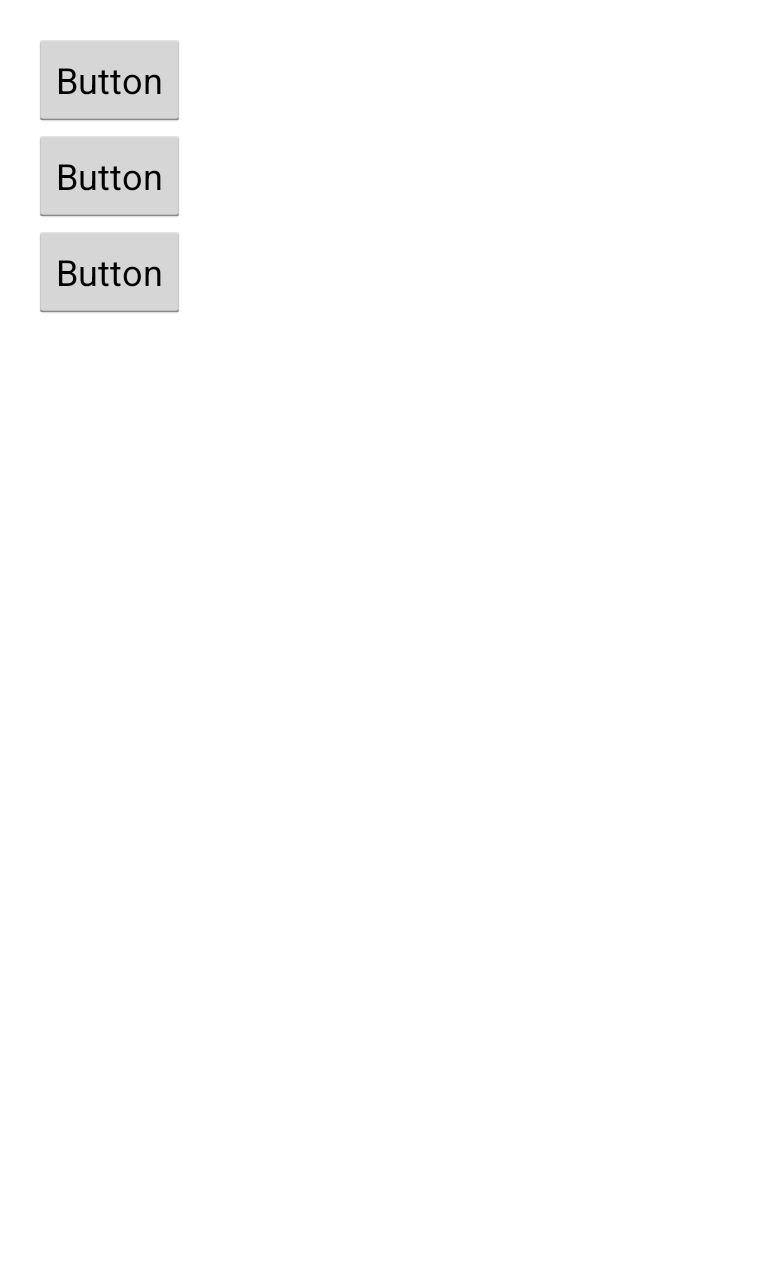
Repository: superlikex/Android_task
Layout: MusicPlayer/res/layout/activity_main.xml
These files come from the project's save history. The layout is drawn as it stood at one moment and after the next save; the edit follows.
It is drawn on a 768 x 1280 px phone screen (xhdpi) without system bars, with theme AppTheme; the app's code is not run.

Above is the layout before, as saved 2015-12-06 09:18:45.

### MusicPlayer/res/layout/activity_main.xml
<LinearLayout xmlns:android="http://schemas.android.com/apk/res/android"
    xmlns:tools="http://schemas.android.com/tools"
    android:layout_width="match_parent"
    android:layout_height="match_parent"
    android:orientation="vertical"
    android:paddingBottom="@dimen/activity_vertical_margin"
    android:paddingLeft="@dimen/activity_horizontal_margin"
    android:paddingRight="@dimen/activity_horizontal_margin"
    android:paddingTop="@dimen/activity_vertical_margin"
    tools:context="com.example.musicplayer.MainActivity" >

    <Button
        android:id="@+id/button1"
        android:layout_width="wrap_content"
        android:layout_height="wrap_content"
        android:text="Button" />

    <Button
        android:id="@+id/button2"
        android:layout_width="wrap_content"
        android:layout_height="wrap_content"
        android:text="Button" />

    <Button
        android:id="@+id/button3"
        android:layout_width="wrap_content"
        android:layout_height="wrap_content"
        android:text="Button" />

</LinearLayout>

Loaded but not shown: MusicPlayer/res/values/styles.xml (common file); MusicPlayer/res/values-v11/styles.xml (common file); MusicPlayer/res/values-v14/styles.xml (common file); MusicPlayer/res/values/dimens.xml (common file); MusicPlayer/res/values-w820dp/dimens.xml (common file)

After the next save:
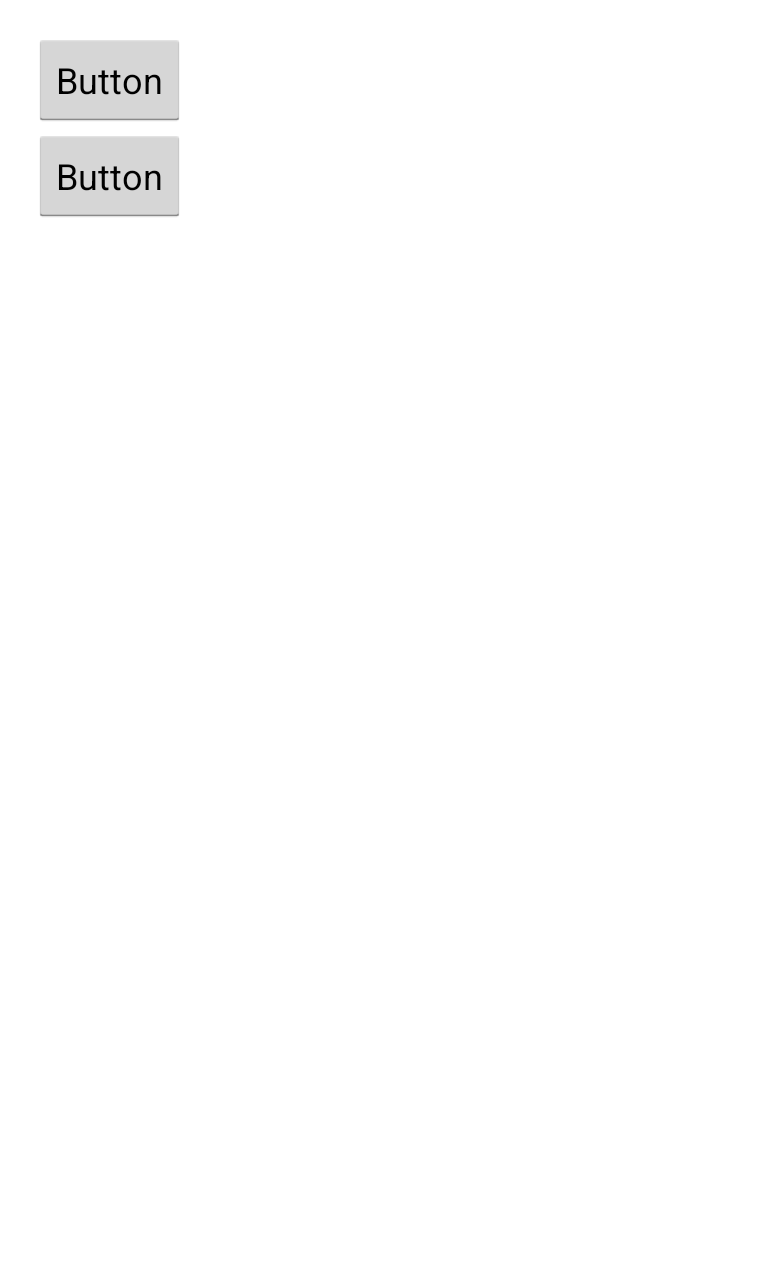
Saved 3 h 40 min later.
--- a/MusicPlayer/res/layout/activity_main.xml
+++ b/MusicPlayer/res/layout/activity_main.xml
@@ -21,10 +21,6 @@
         android:layout_height="wrap_content"
         android:text="Button" />
 
-    <Button
-        android:id="@+id/button3"
-        android:layout_width="wrap_content"
-        android:layout_height="wrap_content"
-        android:text="Button" />
+
 
 </LinearLayout>
